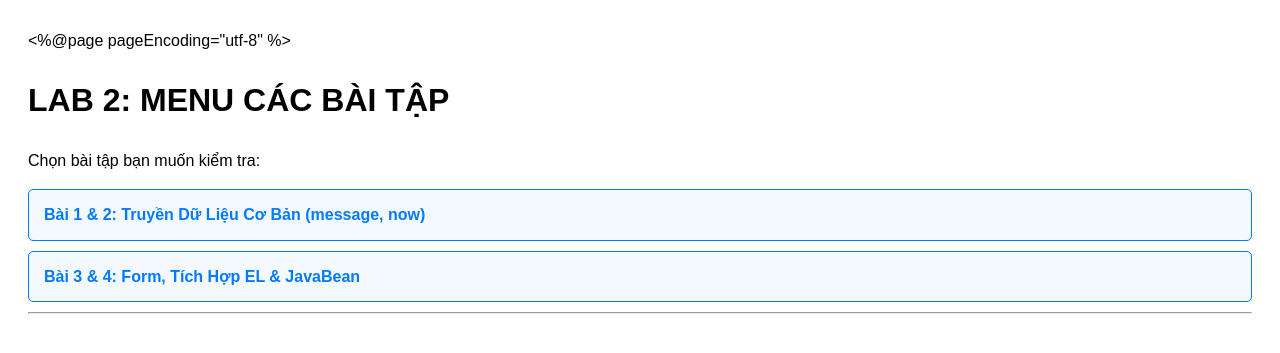
Repository: anhb287/Lab1_8_JAV101
Page: Lab2_TV00062_JAV101/src/main/webapp/index.html
An editor plug-in stored every save of this project. The page is shown before and after the next save, followed by the edit.
The browser window is 1280 px wide. The pictures show the whole page.

Above is the page before, as saved 2025-11-09 17:39:25.

After the next save:
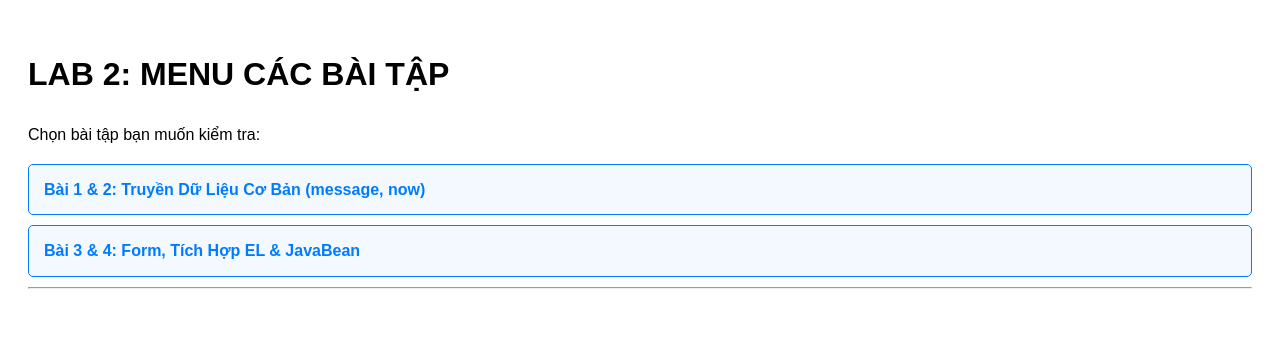
Saved 24 s later.
--- a/Lab2_TV00062_JAV101/src/main/webapp/index.html
+++ b/Lab2_TV00062_JAV101/src/main/webapp/index.html
@@ -1,4 +1,3 @@
-<%@page pageEncoding="utf-8" %>
 <!DOCTYPE html>
 <html>
 <head>
